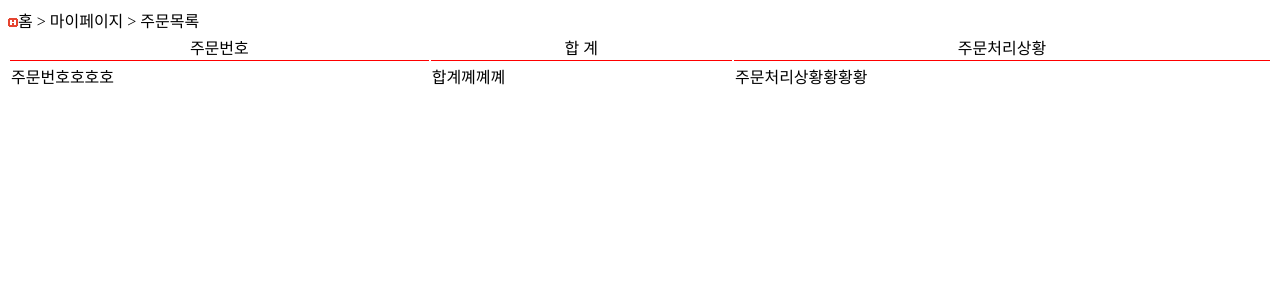
Repository: heeya90/ProjectShoppingMall
Page: http://localhost/ProjectShoppingMall/mypage/mypage_orderlist.jsp
These files come from the project's save history. The page is drawn as it stood at one moment and after the next save; the edit follows.
The browser window is 1280 px wide. The pictures show the whole page.
The page is served by Tomcat 9.

Above is the page before, as saved 2012-07-30 09:05:52.

### ProjectShoppingMall/WebContent/mypage/mypage_orderlist.jsp
<%@ page language="java" contentType="text/html; charset=EUC-KR"
    pageEncoding="EUC-KR"%>
<style type="text/css">

.tab{
	border-bottom:1px solid red;
	vertical-align: middle;
	text-align:center;
}
</style>
<div class="sub_loca"><img src="./img/icon_home.gif" alt="현재위치" />홈 > 마이페이지 > 주문목록</div>
	<table align="center" width="100%">
		<tr>
			<td class="tab">
				<label>주문번호</label></td>
			<td class="tab">
				<label>합  계</label></td>
			<td class="tab">
				<label>주문처리상황</label></td>
		</tr>
		<tr>
			<td class="sub_v_tb1">
				<label>주문번호호호호</label></td>
			<td class="sub_v_tb1">
				<label>합계꼐꼐꼐</label></td>
			<td class="sub_v_tb1">
				<label>주문처리상황황황황</label></td>
		</tr>
	</table>

After the next save:
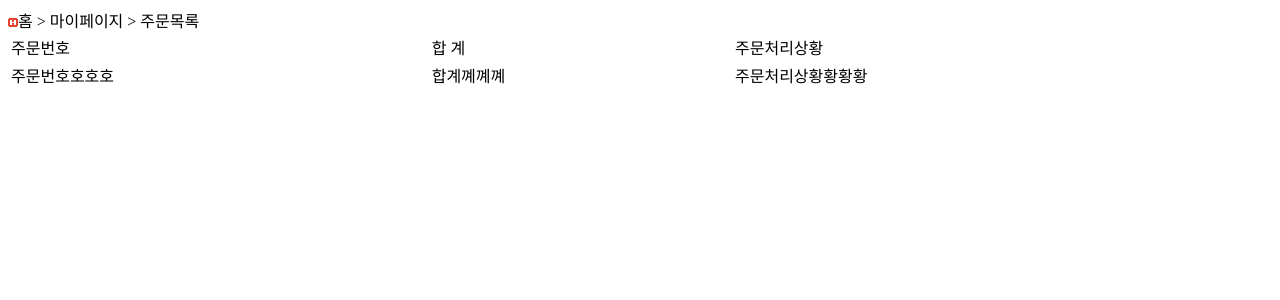
Saved 94 s later.
--- a/ProjectShoppingMall/WebContent/mypage/mypage_orderlist.jsp
+++ b/ProjectShoppingMall/WebContent/mypage/mypage_orderlist.jsp
@@ -1,15 +1,11 @@
 <%@ page language="java" contentType="text/html; charset=EUC-KR"
     pageEncoding="EUC-KR"%>
-<style type="text/css">
 
-.tab{
-	border-bottom:1px solid red;
-	vertical-align: middle;
-	text-align:center;
-}
-</style>
-<div class="sub_loca"><img src="./img/icon_home.gif" alt="현재위치" />홈 > 마이페이지 > 주문목록</div>
-	<table align="center" width="100%">
+	<div class="sub_loca">
+		<img src="./img/icon_home.gif" alt="현재위치" />홈 > 마이페이지 > 주문목록
+	</div>
+
+	<table class="jw_normal_table" style="align:center; width:100%">
 		<tr>
 			<td class="tab">
 				<label>주문번호</label></td>
